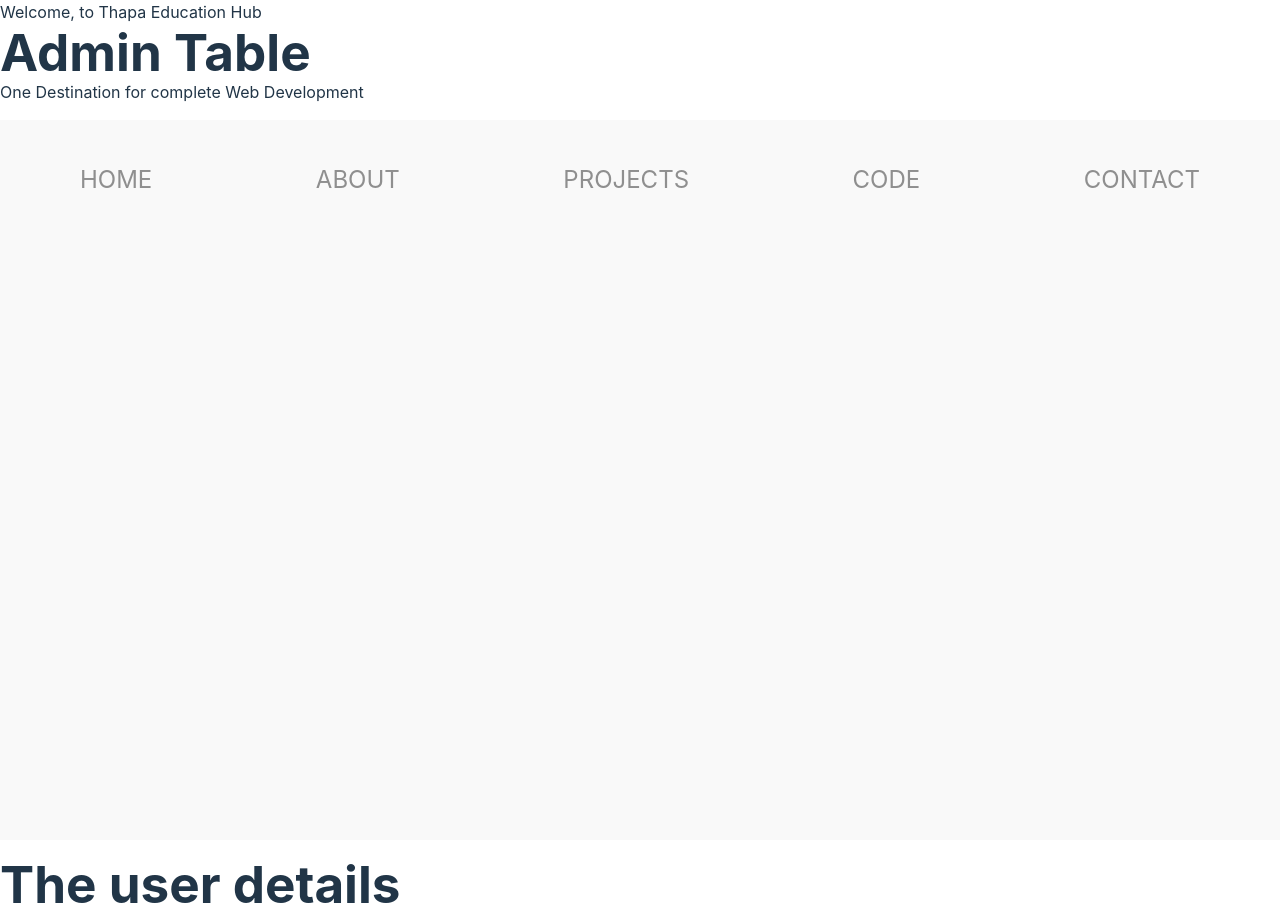
Repository: suraj-yadav7/employeeData-redux
Page: /
The author's editor kept a copy of each file at every save. The page is drawn from the files as they stood at one save, then again after the next save.
The browser window is 1280 px wide. The pictures show the whole page.
The project was rebuilt for these pictures with package versions that can differ from the ones it lists, and the page was loaded fresh each time. Also part of the build but not shown: vite.config.js.

Above is the page before, as saved 2023-05-10 11:50:16.

### src/App.jsx
import { useState } from 'react'
import './App.css'
import Navbar from './components/Navbar'
import UserDetails from './components/UserDetails'

function App() {
  const [count, setCount] = useState(0)

  return (
    <>
      <Navbar />
      <UserDetails/>
    </>
  )
}

export default App

### src/App.css
*{
  padding: 0;
  margin: 0;
  box-sizing: border-box;
  list-style: none;
}

/* Navbar Style */
nav {
  width: 100vw;
  height: 100vh;
  margin: 1rem 0;
  background: #f9f9f9;
  padding: 1rem 0;
}
nav .menuItems {
  list-style: none;
  display: flex;
  flex-wrap: wrap;
  justify-content: space-between;
}
nav .menuItems li {
  margin: 1.6rem 5rem;
}
nav .menuItems li a {
  text-decoration: none;
  color: #8f8f8f;
  font-size: 24px;
  font-weight: 400;
  transition: all 0.5s ease-in-out;
  position: relative;
  text-transform: uppercase;
}
nav .menuItems li a::before {
  content: attr(data-item);
  transition: 0.5s;
  color: #8254ff;
  position: absolute;
  top: 0;
  bottom: 0;
  left: 0;
  right: 0;
  width: 0;
  overflow: hidden;
}
nav .menuItems li a:hover::before {
  width: 100%;
  transition: all 0.5s ease-in-out;
}

@media screen and (max-width: 998px) {
  nav .menuItems li {
    margin: 0.6rem 5rem;
  }
}

### src/components/Navbar.jsx
import React from "react";


const Navbar = () => {
  return (
    <>
      <div>Welcome, to Thapa Education Hub</div>
      <h1>Admin Table</h1>

      <section>
        <div>One Destination for complete Web Development</div>
        <nav>
          <ul className="menuItems">
            <li>
              <a href="/" data-item="Home">
                Home
              </a>
            </li>
            <li>
              <a href="/" data-item="About">
                About
              </a>
            </li>
            <li>
              <a href="/" data-item="Projects">
                Projects
              </a>
            </li>
            <li>
              <a href="/" data-item="Code">
                Code
              </a>
            </li>
            <li>
              <a href="/" data-item="Contact">
                Contact
              </a>
            </li>
          </ul>
        </nav>
      </section>
    </>
  );
};


export default Navbar;

### src/components/UserDetails.jsx
import React from 'react'

const UserDetails = () => {
  return (
    <>
        <div className='userDetails'>
        <h1>The user details</h1>
        </div>
    </>
  )
}

export default UserDetails

Loaded but not shown: index.html (common file); src/main.jsx (common file); src/index.css (common file)

After the next save:
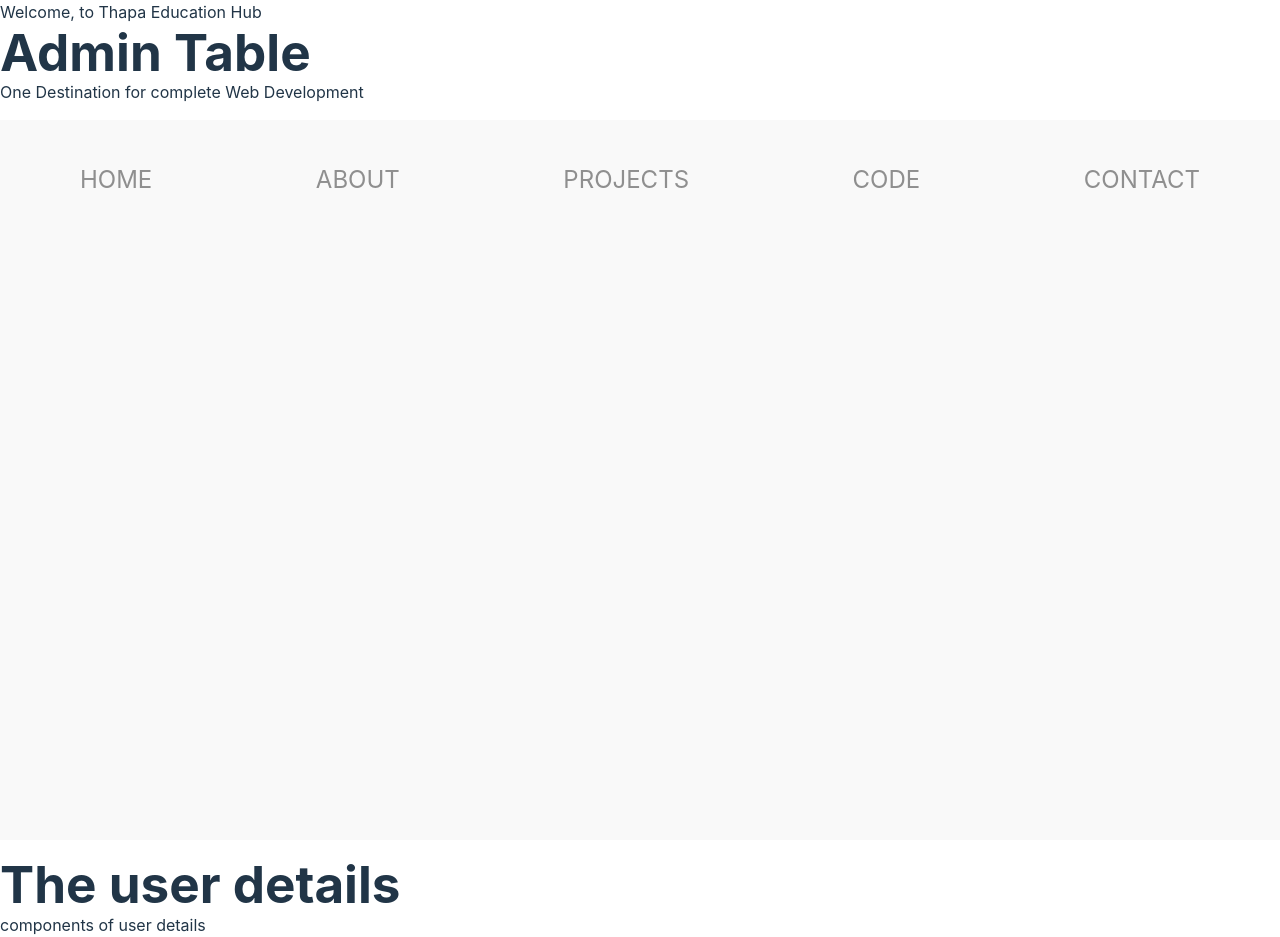
Saved 39 s later.
--- a/src/components/UserDetails.jsx
+++ b/src/components/UserDetails.jsx
@@ -1,13 +1,14 @@
-import React from 'react'
+import React from 'react';
 
 const UserDetails = () => {
   return (
     <>
         <div className='userDetails'>
         <h1>The user details</h1>
+        components of user details
         </div>
     </>
   )
-}
+};
 
-export default UserDetails
+export default UserDetails;
